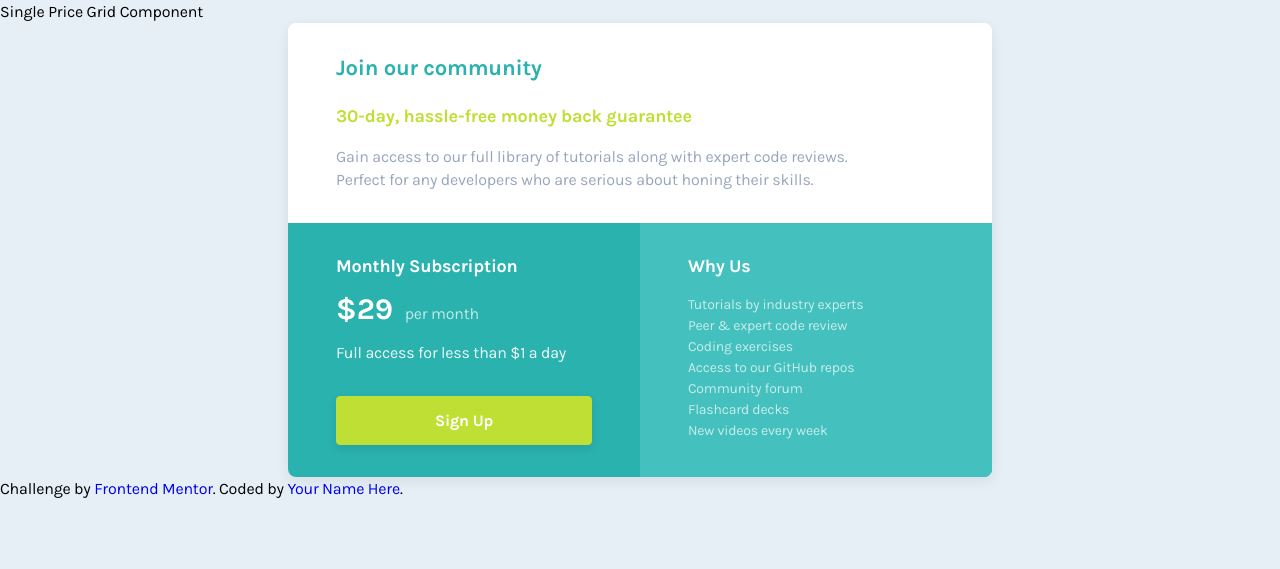
Repository: bangjuyoung/bangjuyoung
Page: practice/frontend-mentor/single-price-grid-component/index.html
An editor plug-in stored every save of this project. The page is shown before and after the next save, followed by the edit.
The browser window is 1280 px wide. The pictures show the whole page.

Above is the page before, as saved 2019-06-16 15:19:43.

After the next save:
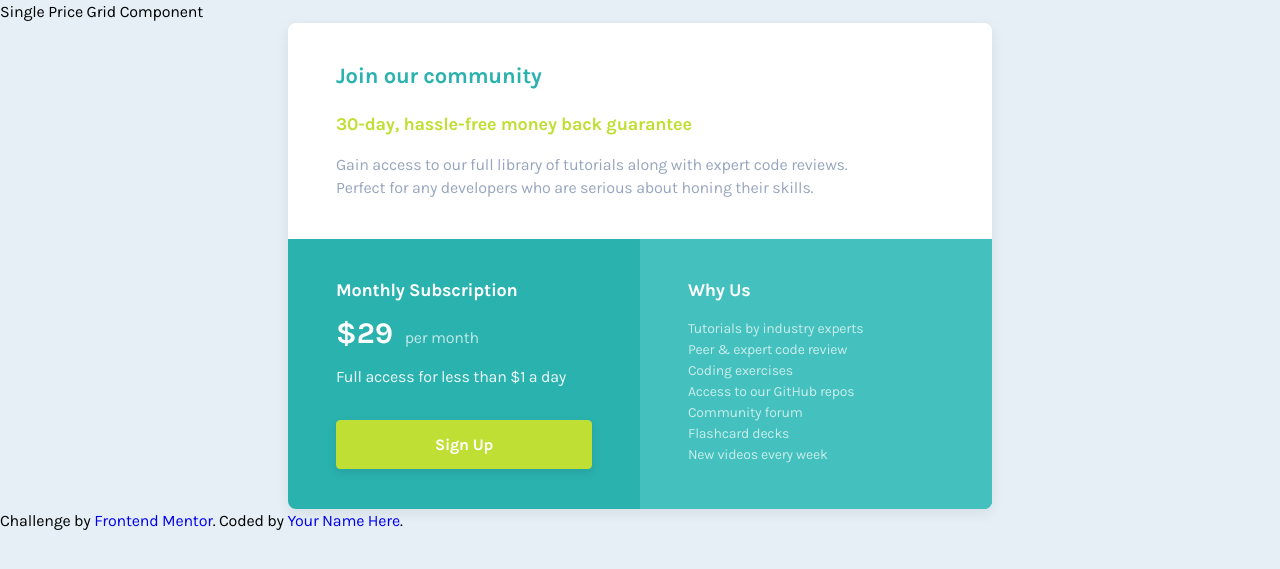
Saved 58 s later.
--- a/practice/frontend-mentor/single-price-grid-component/default.css
+++ b/practice/frontend-mentor/single-price-grid-component/default.css
@@ -68,7 +68,7 @@ body {
 }
 
 .single-price__body {
-    padding: 2rem 3rem;
+    padding: 2.5rem 3rem;
 }
 
 @media (min-width: 46rem) {
